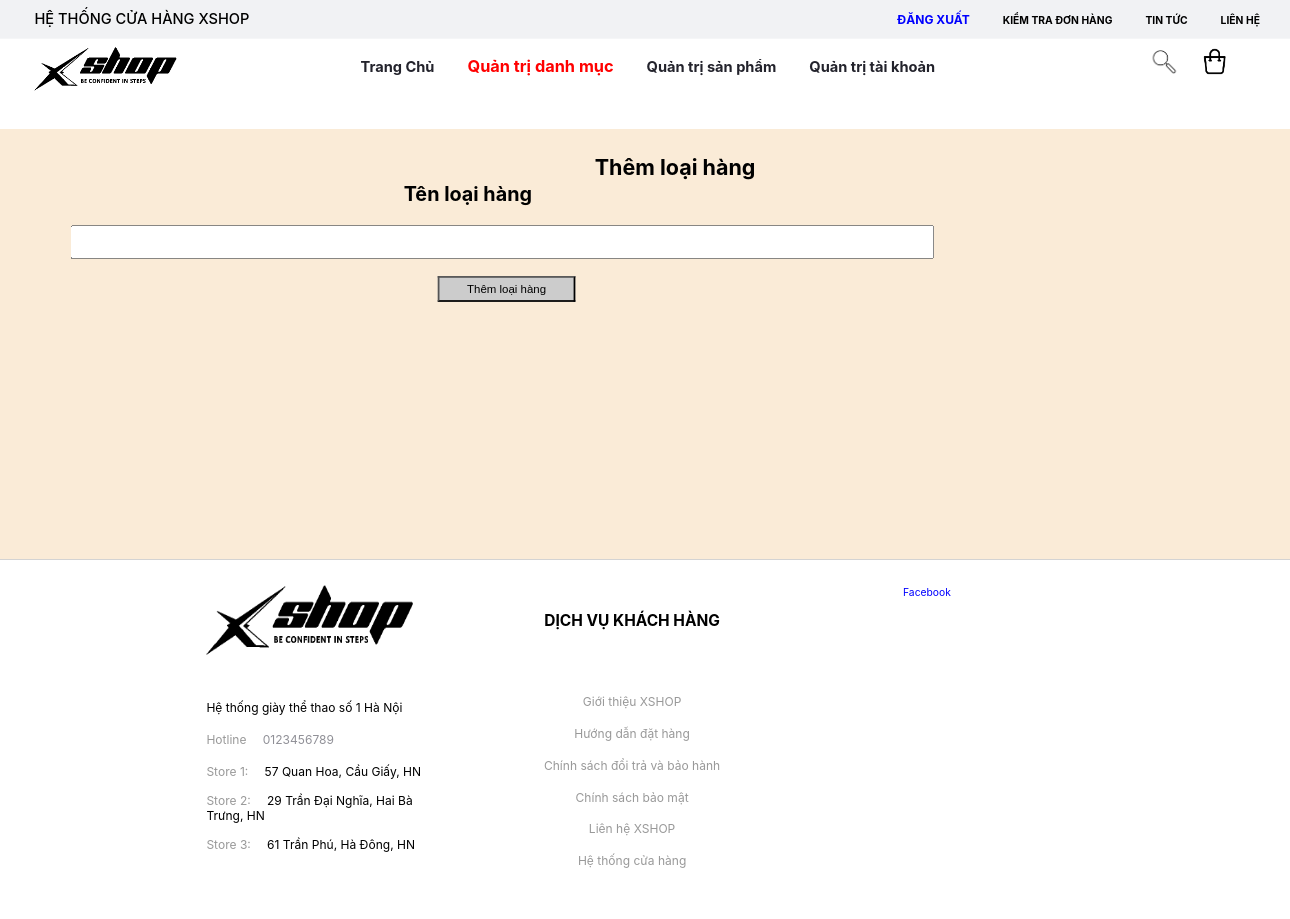
Repository: tienaq123/dam
Page: http://localhost/ass/ad/themdanhmuc.php
The author's editor kept a copy of each file at every save. The page is drawn from the files as they stood at one save, then again after a run of saves.
The browser window is 1280 px wide. The page is 1500 px wide, so the pictures cover 1500 px, including what lies to the right of the window. The pictures show the whole page, at 86% of full size.
The page is run by PHP 8.4 with error messages shown; the project is at /var/www/html/.

Above is the page before, as saved 2021-10-14 06:09:27.

After the next 2 saves:
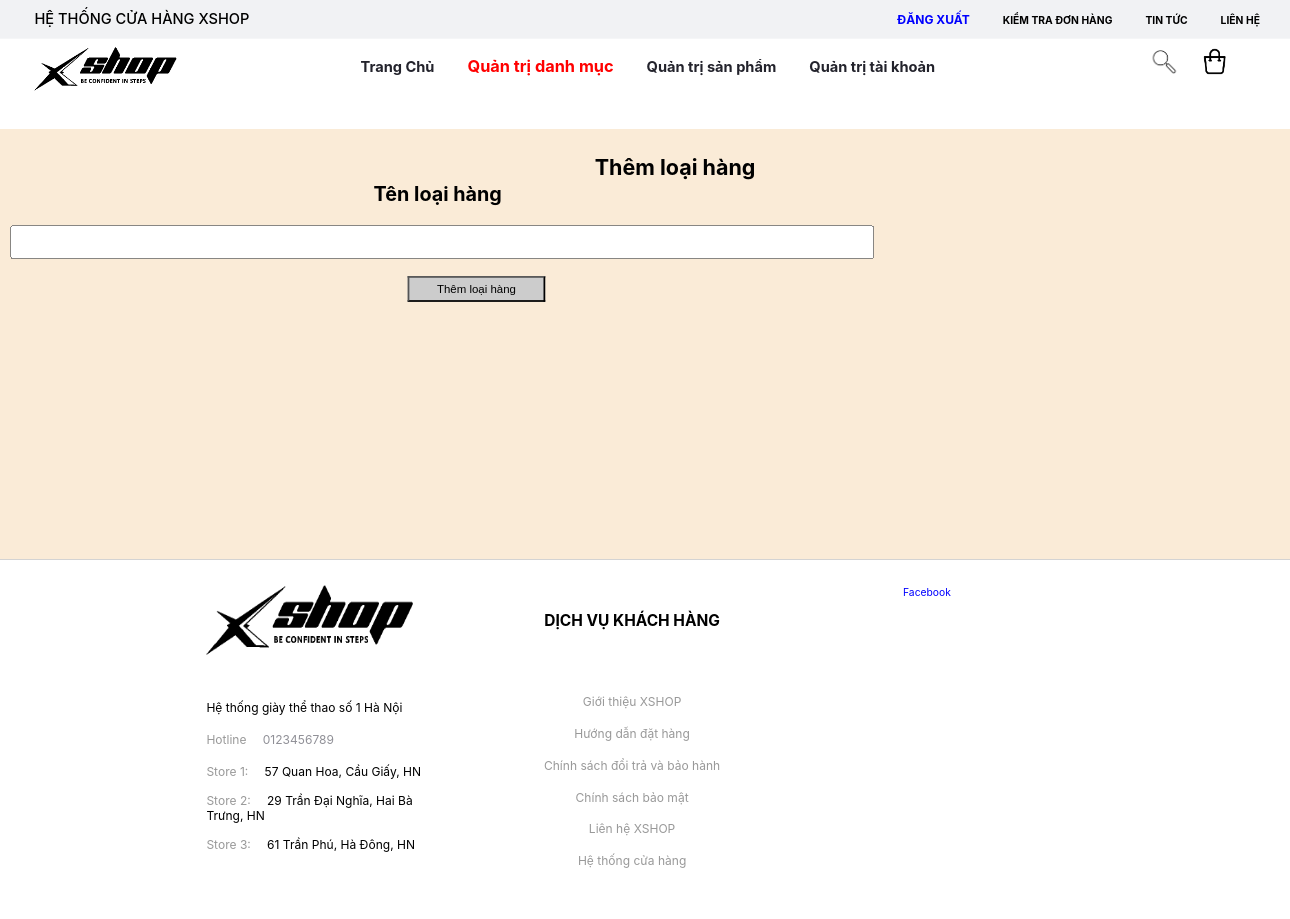
The 2 saves are shown as one change because they came seconds apart.
The last was saved 25 s later.
--- a/ad/themdanhmuc.php
+++ b/ad/themdanhmuc.php
@@ -58,7 +58,7 @@
                     </tr>
                     <tr>
                         <td>
-                        <input style="margin: 20px 0px 20px 80px;  width: 1000px; height: 35px;" type="text" name="tendanhmuc"> <br>
+                        <input style="margin: 20px 0px 20px 10px;  width: 1000px; height: 35px;" type="text" name="tendanhmuc"> <br>
                 <input style="background-color: #ccc; width: 160px; height: 30px; margin:0px 0px 20px 90px;" type="submit" value="Thêm loại hàng" name="btn">
                         </td>
                     </tr>
